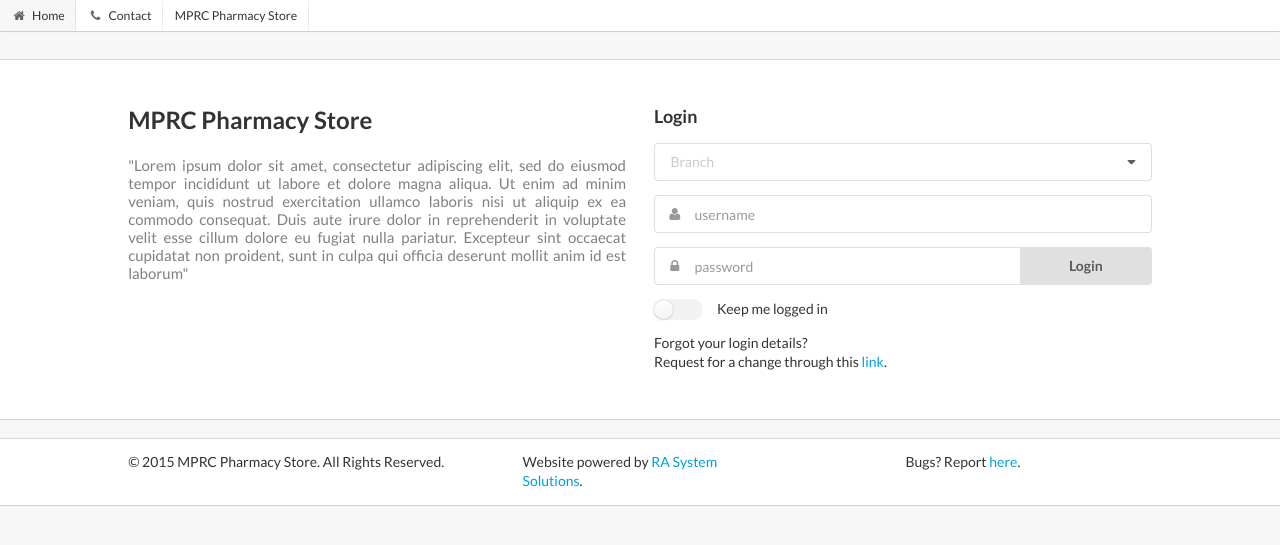
Repository: thdrwngkd/oims
Page: public/index.html
The author's editor kept a record of every edit. The page is drawn from the files as they stood at one moment, then again after the next edit.
The browser window is 1280 px wide. The pictures show the whole page.

Above is the page before.

After the next edit:
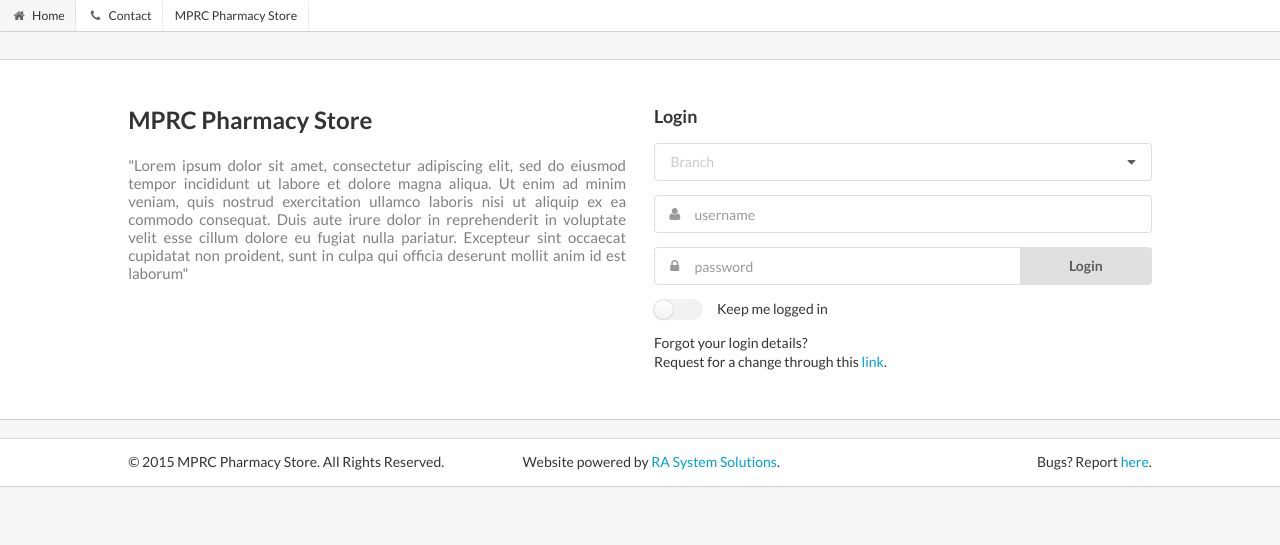
The edit:
--- a/public/index.html
+++ b/public/index.html
@@ -94,7 +94,7 @@
           <div class="six wide column">
             <p>© 2015 MPRC Pharmacy Store. All Rights Reserved.</p>
           </div>
-          <div class="four wide column">
+          <div class="six wide column">
             <p>Website powered by <a href="">RA System Solutions</a>.</p>
           </div>
           <div class="right aligned four wide column">
